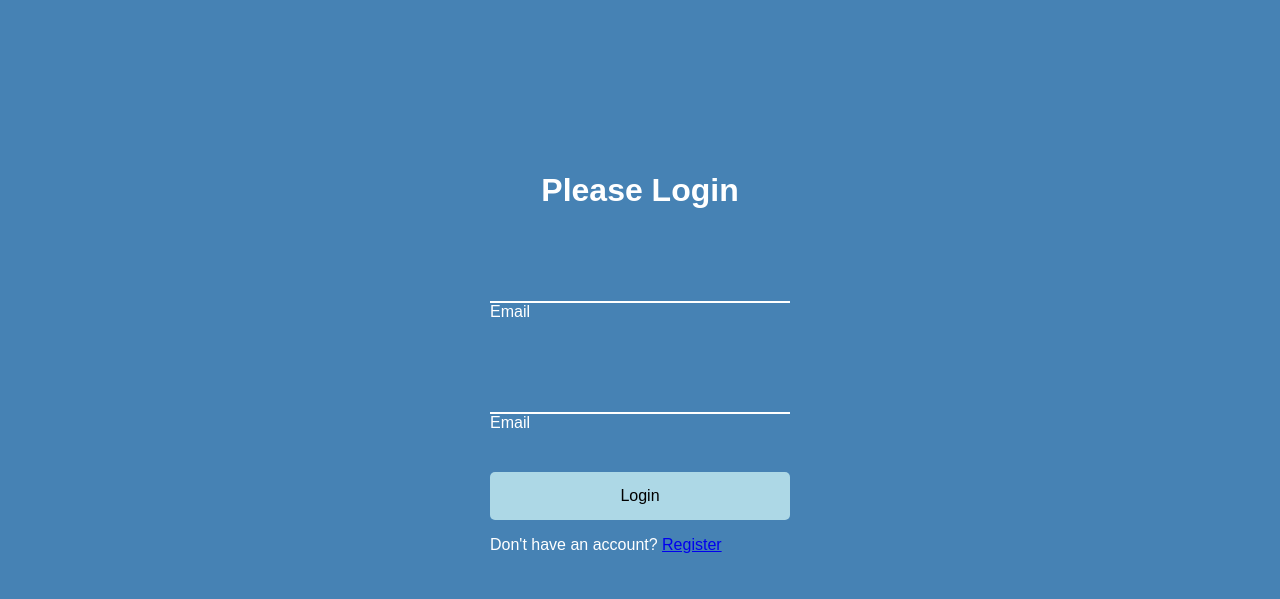
Repository: eagle-tex/50-projects-BT
Page: 08-form-wave-animation/index.html
The author's editor kept a copy of each file at every save. The page is drawn from the files as they stood at one save, then again after the next save.
The browser window is 1280 px wide. The pictures show the whole page.
Some web fonts or font styles are not loaded; a fallback is used.

Above is the page before, as saved 2021-01-07 23:25:35.

After the next save:
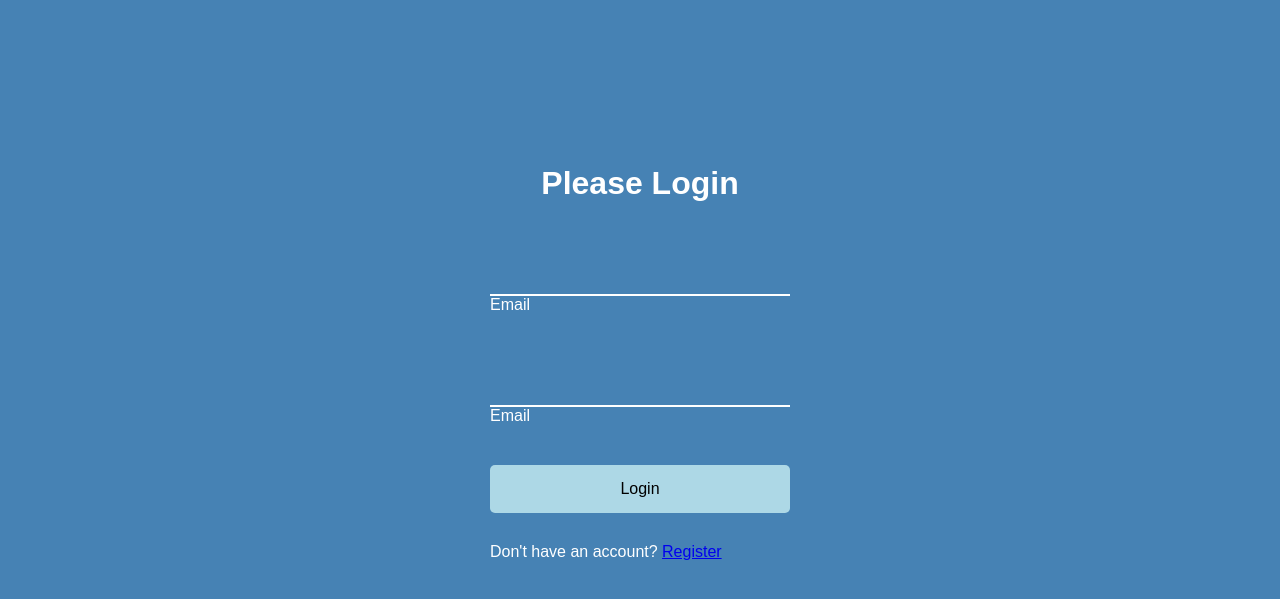
Saved 14 s later.
--- a/08-form-wave-animation/style.css
+++ b/08-form-wave-animation/style.css
@@ -65,6 +65,10 @@ body {
   -o-transform: scale(0.98);
 }
 
+.text {
+  margin-top: 30px;
+}
+
 .form-control {
   position: relative;
   margin: 20px 0 40px;
